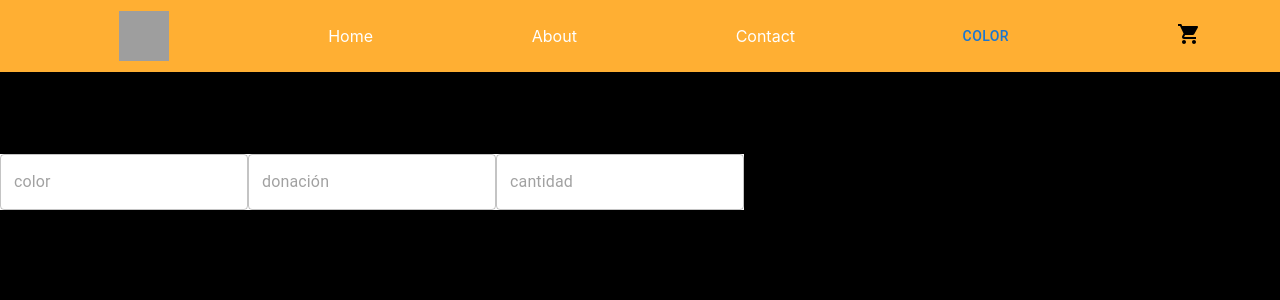
Repository: Toydrum/React-Hector-Coronado-EntregaFinal
Page: /shop
These files come from the project's save history. The page is drawn as it stood at one moment and after the next save; the edit follows.
The browser window is 1280 px wide. The pictures show the whole page.
Pictures or frames that could not be fetched are drawn as grey boxes. The project was rebuilt for these pictures with package versions that can differ from the ones it lists, and the page was loaded fresh each time. Also part of the build but not shown: vite.config.js, src/components/CardUser/CardUser.jsx, src/components/CardList/CardList.css, src/firebase/firebaseConfig.js, src/components/CardList/CardList.jsx, src/pages/HomePage/HomePage.jsx, src/pages/ContactPage/ContactPage.jsx, src/pages/AboutPage/AboutPage.jsx and 1 more.

Above is the page before, as saved 2023-07-16 17:44:21.

After the next save:
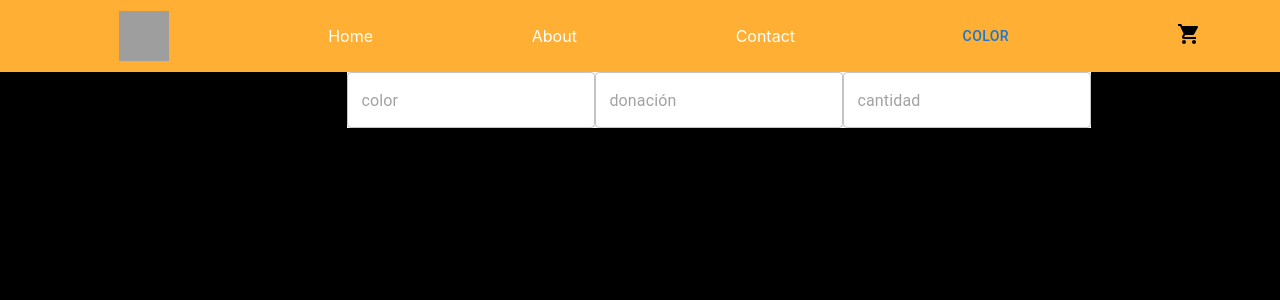
Saved 4 s later.
--- a/src/pages/ShopPage/ShopPage.jsx
+++ b/src/pages/ShopPage/ShopPage.jsx
@@ -5,7 +5,7 @@ import "./Styles.css";
 const ShopPage = () => {
   return (
     <>
-      <div>
+      <div className="caja">
         <h1>ShopPage</h1>
         <form>
           <TextField name="color" className="campo" placeholder="color" />

After the 2 saves that followed:
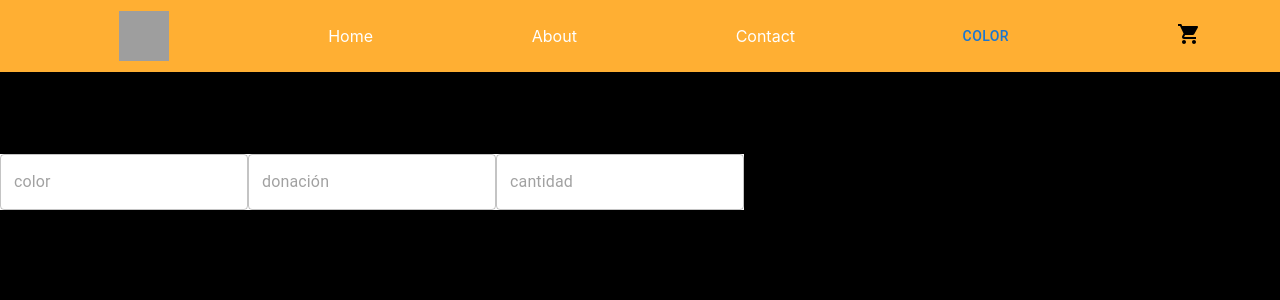
The 2 saves are shown as one change because 1 left the picture as it was.
The last was saved 46 s later.
--- a/src/pages/ShopPage/Styles.css
+++ b/src/pages/ShopPage/Styles.css
@@ -6,6 +6,7 @@
 
 .caja{
   display: flex;
+  flex-flow: column;
   justify-content: center;
   color:black;
 }
